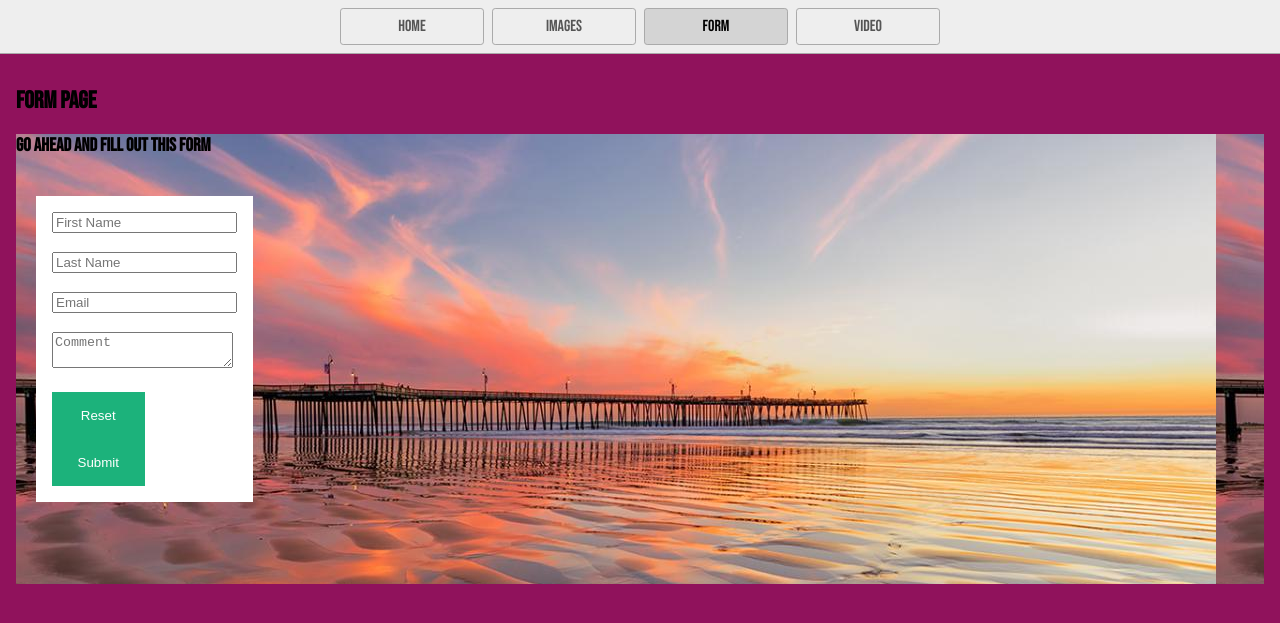
Repository: sebas6292/palmTree-Final
Page: Form.html
An editor plug-in stored every save of this project. The page is shown before and after the next save, followed by the edit.
The browser window is 1280 px wide. The pictures show the whole page.

Above is the page before, as saved 2023-05-28 12:32:28.

### Form.html
<!DOCTYPE html>
<html lang="en">
  <head>
    <title>Home</title>
    <meta charset="UTF-8" />
    <meta name="viewport" content="width=device-width" />

    <link rel="preconnect" href="https://fonts.googleapis.com">
    <link rel="preconnect" href="https://fonts.gstatic.com" crossorigin>
    <link href="https://fonts.googleapis.com/css2?family=Bebas+Neue&display=swap" rel="stylesheet">
    <link rel="stylesheet" href="styles.css" />

  </head>
  <body>
    <nav>
      <a href="/Home.html">Home</a>
      <a href="/Images.html">Images</a>
      <a href="/Form.html" aria-current="page">Form</a>
      <a href="/Video.html">Video</a>
    </nav>
    <main>
      <h1>Form page</h1>
      <div class="bg-img">
      <h3>Go ahead and fill out this form</h3>
      <form action="/Home.html" target="_blank" class="form-container">

        <input type="text" id="fname" name="fname" placeholder="First Name"><br>
        <br>
        <input type="text" id="lname" name="lname" placeholder="Last Name" ><br>
        <br>
        <input type="text" id="email" name="email" placeholder="Email"><br>
        <br>

        <textarea id="comment" placeholder='Comment' name="comment" ></textarea>
        <br>
        <br>
        <input class="btn" type="reset" value="Reset">
        <input class="btn" type="submit" value="Submit">
      </form>
    </div>
    </main>
  </body>
</html>

### styles.css
* {
    box-sizing: border-box;
  }

  body {
    margin: 0;
    font-family: 'Bebas Neue', sans-serif;
    color: black;
    background-color: white;
  }
  @keyframes body {
    0%   {background-color: white;}
    25%  {background-color: brown}
    50%  {background-color: purple;}
    100% {background-color: black;}
  }
  body {
    background-color: white;
    animation-name: body;
    animation-duration: 15s;
  }

  nav {
    display: flex;
    flex-wrap: wrap;
    align-items: center;
    justify-content: center;
    padding: 0.5rem;
    gap: 0.5rem;
    border-bottom: solid 1px #aaa;
    background-color: #eee;
  }

  nav a {
    display: inline-block;
    min-width: 9rem;
    padding: 0.5rem;
    border-radius: 0.2rem;
    border: solid 1px #aaa;
    text-align: center;
    text-decoration: none;
    color: #555;
  }

  nav a[aria-current='page'] {
    color: #000;
    background-color: #d4d4d4;
  }

  main {
    padding: 1rem;
  }

  h1 {
    font-weight: bold;
    font-size: 1.5rem;
  }

  .bg-img {
    background-image: url('/Assets/pier2.jpeg');
    height: 450px;
  }

  .form-container {
    position: absolute;
    margin: 20px;
    max-width: 300px;
    padding: 16px;
    background-color: white;
  }
  input[type=text], input[type=password], input[type=] {
    width: 100%;
    padding: 8px;
    margin: 5px 0 22px 0;
    border: none;
    background: #f1f1f1;
  }
  .btn {
    background-color: #04AA6D;
    color: white;
    padding: 16px 20px;
    border: none;
    cursor: pointer;
    width: 50%;
    opacity: 0.9;
  }

  .btn:hover {
    opacity: 1;
  }
  /* .btn:hover {
    background-color: whitesmoke;
    color: red
  }

  img:hover {
    width: 300px;
  }
   */

After the next save:
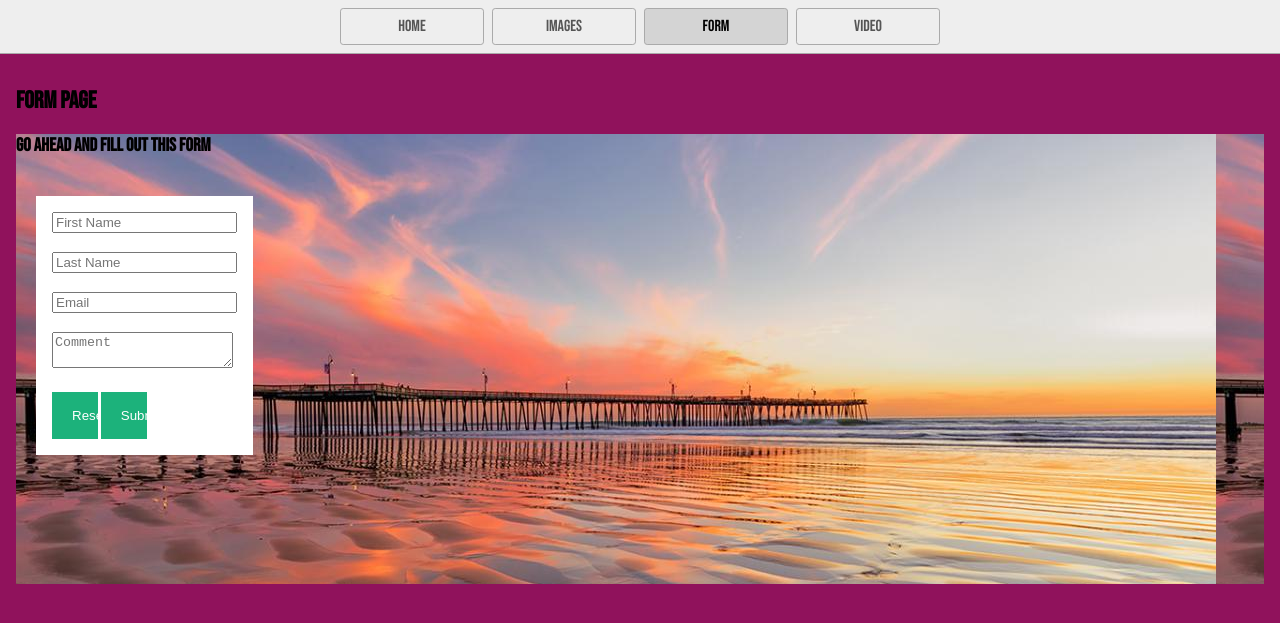
Saved 16 s later.
--- a/styles.css
+++ b/styles.css
@@ -81,7 +81,7 @@
     padding: 16px 20px;
     border: none;
     cursor: pointer;
-    width: 50%;
+    width: 25%;
     opacity: 0.9;
   }
 
